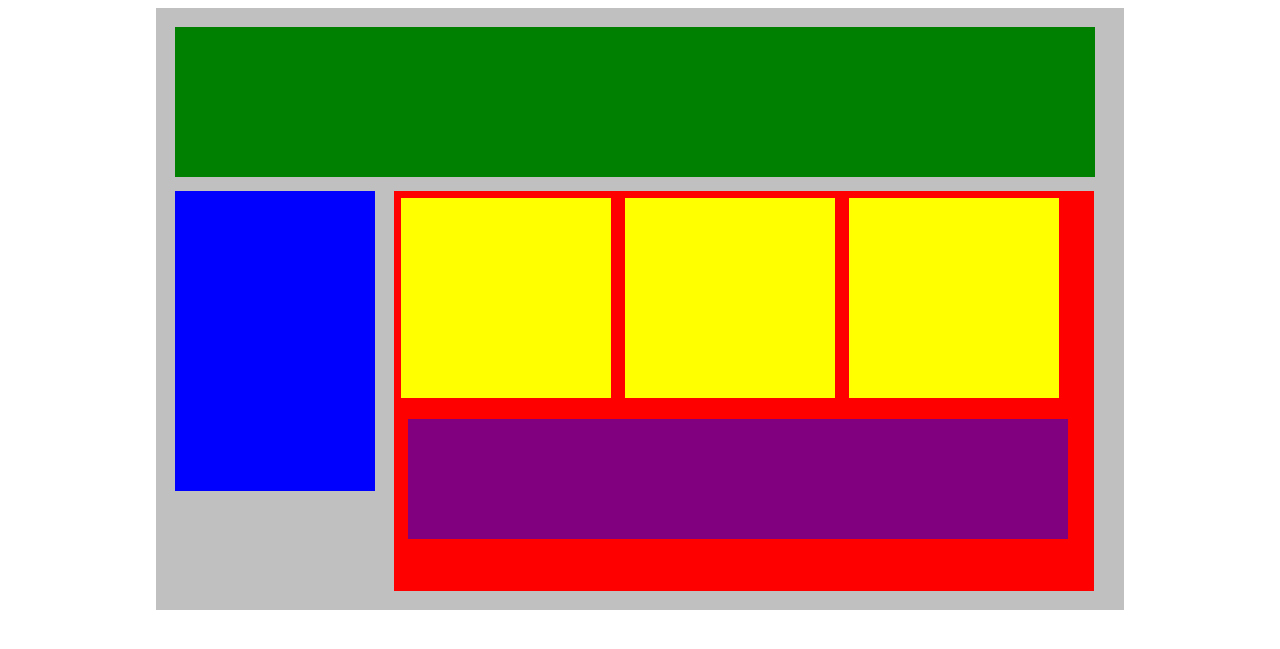
Repository: Fredy452/Fundamentos_de_la_Web
Page: Trabajos/Bloques-Flex/index.html
The author's editor kept a copy of each file at every save. The page is drawn from the files as they stood at one save, then again after the next save.
The browser window is 1280 px wide. The pictures show the whole page.

Above is the page before, as saved 2023-06-16 18:27:56.

After the next save:
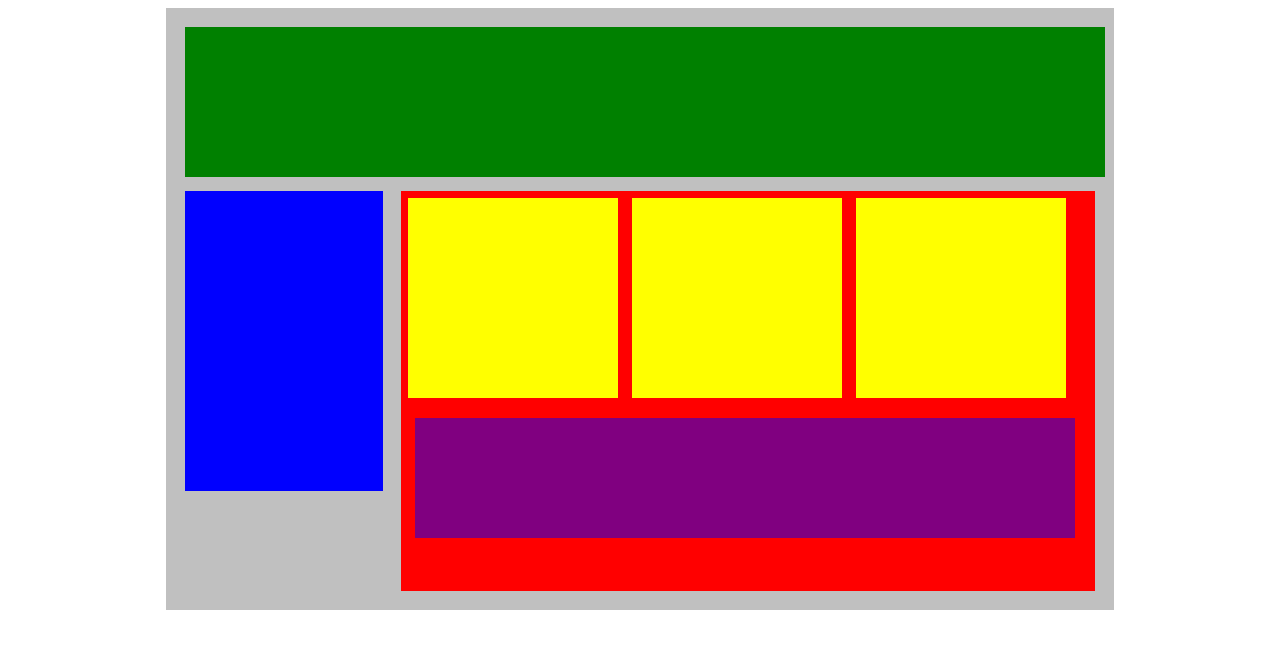
Saved 5 s later.
--- a/Trabajos/Bloques-Flex/style.css
+++ b/Trabajos/Bloques-Flex/style.css
@@ -1,5 +1,5 @@
 .container{
-    width: 930px;
+    width: 910px;
     background-color:silver;
     margin: 0 auto;
     padding: 1.5%;
